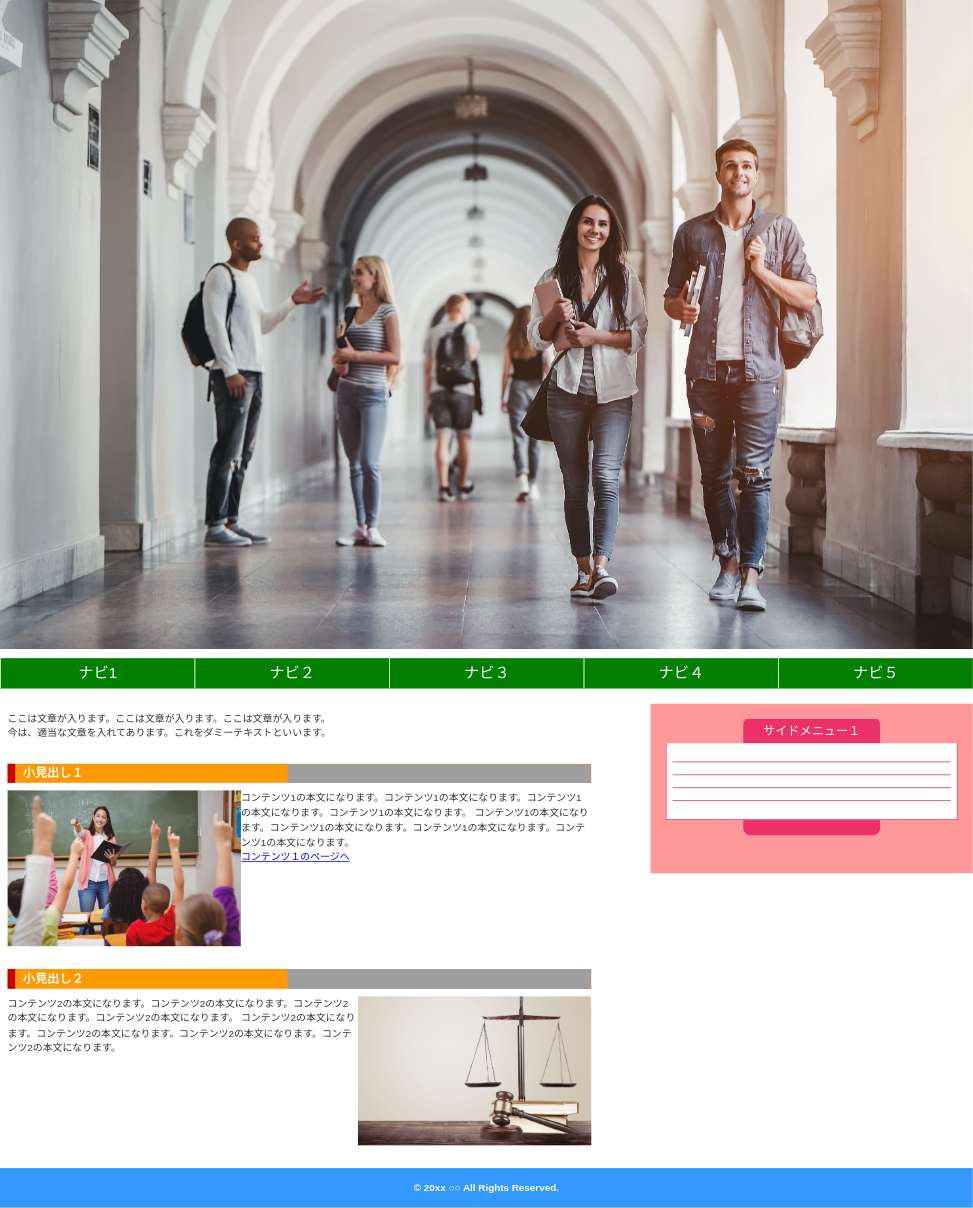
Repository: daichi-python/samurai_HTML_CSS
Page: HTML_lesson/home.html
The author's editor kept a record of every edit. The page is drawn from the files as they stood at one moment, then again after the next edit.
The browser window is 1280 px wide. The pictures show the whole page, at 76% of full size.
Pictures or frames that could not be fetched are drawn as grey boxes.

Above is the page before.

### HTML_lesson/home.html
<!DOCTYPE html>
<html lang="en">
<head>
    <meta charset="UTF-8">
    <title>HTML/CSSの学習</title>
    <link rel="stylesheet" href="stylesheet.css">
</head>
<body>
    <div id="header">
        <h1><a href="index.html"><img id="corridor" src="images/corridor.jpg" alt="大学の廊下"></a></h1>
    </div>
    <div id="wrapper">
        <div id="nav">
            <ul>
                <li><a href="home.html">ナビ1</a></li>
                <li><a href="#">ナビ２</a></li>
                <li><a href="#">ナビ３</a></li>
                <li><a href="#">ナビ４</a></li>
                <li><a href="#">ナビ５</a></li>
            </ul>
        </div>
        <div id="container">
            <div id="main">
                <div class="post">
                    <p>ここは文章が入ります。ここは文章が入ります。ここは文章が入ります。<br />今は、適当な文章を入れてあります。これをダミーテキストといいます。</p>
                </div>
                <div class="post clearfix">
                    <h2>小見出し１</h2>
                    <img class="left" src="images/classroom.jpg" alt="授業風景">
                    <p>
                        コンテンツ1の本文になります。コンテンツ1の本文になります。コンテンツ1の本文になります。コンテンツ1の本文になります。
                        コンテンツ1の本文になります。コンテンツ1の本文になります。コンテンツ1の本文になります。コンテンツ1の本文になります。
                    </p>
                    <p><a href="#">コンテンツ１のページへ</a></p>
                </div>
                <div class="post clearfix">
                    <h2>小見出し２</h2>
                    <img class="right" src="images/scale.jpg" alt="天秤">
                    <p>
                        コンテンツ2の本文になります。コンテンツ2の本文になります。コンテンツ2の本文になります。コンテンツ2の本文になります。
                        コンテンツ2の本文になります。コンテンツ2の本文になります。コンテンツ2の本文になります。コンテンツ2の本文になります。
                    </p>
                </div>
            </div>
            <div id="side">
                <div class="box">
                    <h2>サイドメニュー１</h2>
                    <div class="boxBody">
                        <ul>
                            <li></li>
                            <li></li>
                            <li></li>
                            <li></li>
                        </ul>
                    </div>
                </div>
            </div>
        </div>
    </div>
    <div id="footer">
        <p>&copy; 20xx ○○ All Rights Reserved.</p>
    </div>
</body>
</html>

### HTML_lesson/stylesheet.css
@charset "utf-8";

body {
    margin: 0;
    padding: 0;
    font-family: "ヒラギノ角ゴ Pro W3", "Hiragino Kaku Gothic Pro", "メイリオ", Meiryo, Osaka, "ＭＳ Ｐゴシック", "MS PGothic", sans-serif;
    color: #333;
    font-size: 13px;
    line-height: 150%;
}

#wrapper {
    width: 100%;
    margin: auto;
    padding: 0px;
    border: 0px;
    background-color: #FFF;
    top: 10px;
    position: relative;
}

#header {
    width: 100%;
}

#header h1 {
    margin: 0px;
    padding: 0px;
}

#corridor {
    width: 100%;
    height: auto;
}

#footer {
    clear: both;
    width: 100%;
    padding: 3px 0 3px 0;
    background-color: #39F;
    color: #FFF;
    font-weight: bold;
    text-align: center;
}

#nav {
    width: 100%;
}

#nav ul {
    margin: 0;
    padding: 0;
    list-style-type: none;
}

#nav ul li {
    float: left;
    width: 20%;
    text-align: center;
}

#nav ul li a {
    display: block;
    height: 20px;
    margin: 0;
    padding: 10px;
    color: #FFF;
    font-size: 20px;
    text-decoration: none;
    background-color: green;
    border-left: 1px solid white;
}

#nav ul li a:hover {
    filter: drop-shadow(10px 10px 10px black);
}

#container {
    width: 100%;
    margin: auto;
    padding-top: 20px;
    clear: both;
}

#main {
    float: left;
    width: 60%;
    padding: 10px 30px 10px 10px;
}

#main h2 {
    margin: 0 0 10px 0;
    padding: 3px 10px 3px 10px;
    color: #FFF;
    font-size: 16px;
    border-left: solid 10px #C00;
    background: #F90 url(../images/main_h2.jpg) right top repeat-y;
}

#main p {
    margin: 0;
    padding: 0;
}

#main .post {
    margin: 0 0 30px 0;
}

#main .post img .right {
    margin: 0 0 0 8px;
}

#main .post img .left {
    margin: 0 8px 0 0;
}

.right {
    float: right;
    width: 40%;
    height: auto;
}

.left {
    float: left;
    width: 40%;
    height: auto;
}

.clearfix {
    zoom: 1;
}

.clearfix:after {
    content: "";
    display: block;
    clear: both;
}

#side {
    float: right;
    width: 30%;
    padding: 20px;
    background-color: #F99;
}

#side .box {
    margin: 0 auto 30px auto;
    padding: 0 0 20px 0;
    background: url(images/side_box.png) bottom no-repeat;
}

#side .box h2 {
    margin: 0;
    padding: 8px;
    text-align: center;
    color: #fff;
    font-size: 16px;
    line-height: 16px;
    font-weight: normal;
    background: url(images/side_box_h2.png) center no-repeat;
}

#side .box .boxBody {
    padding: 8px;
    border-right: solid 1px #C36;
    border-bottom: solid 1px #C36;
    border-left: solid 1px #C36;
    background: #fff;
}

#side .box .boxBody ul {
    margin: 0 0 16px 0;
    padding: 0;
}

#side .box .boxBody ul li {
    padding: 8px 0 8px 4px;
    list-style: none;
    border-bottom: solid 1px #C36;
}

After the next edit:
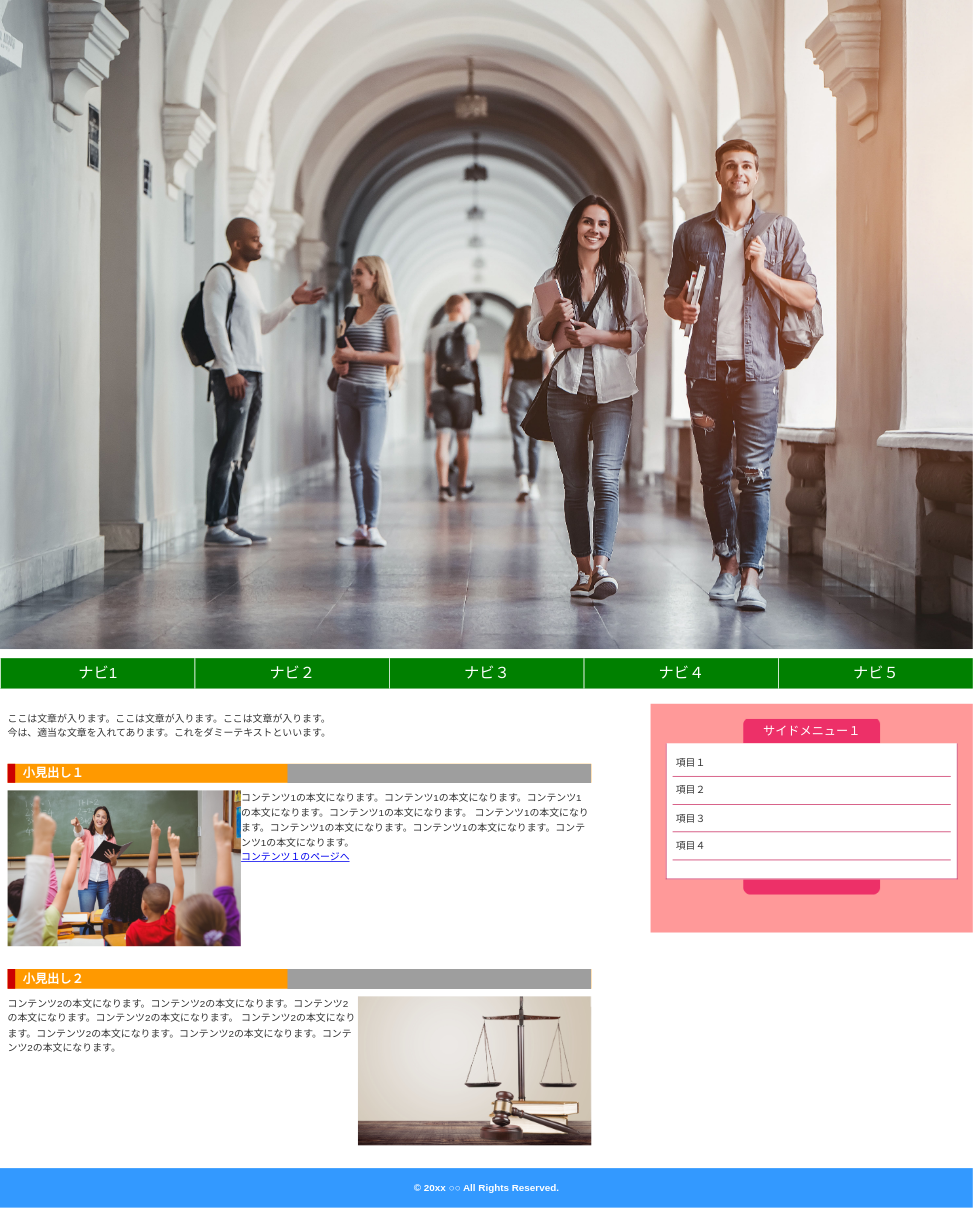
The edit:
--- a/HTML_lesson/home.html
+++ b/HTML_lesson/home.html
@@ -47,10 +47,10 @@
                     <h2>サイドメニュー１</h2>
                     <div class="boxBody">
                         <ul>
-                            <li></li>
-                            <li></li>
-                            <li></li>
-                            <li></li>
+                            <li>項目１</li>
+                            <li>項目２</li>
+                            <li>項目３</li>
+                            <li>項目４</li>
                         </ul>
                     </div>
                 </div>
